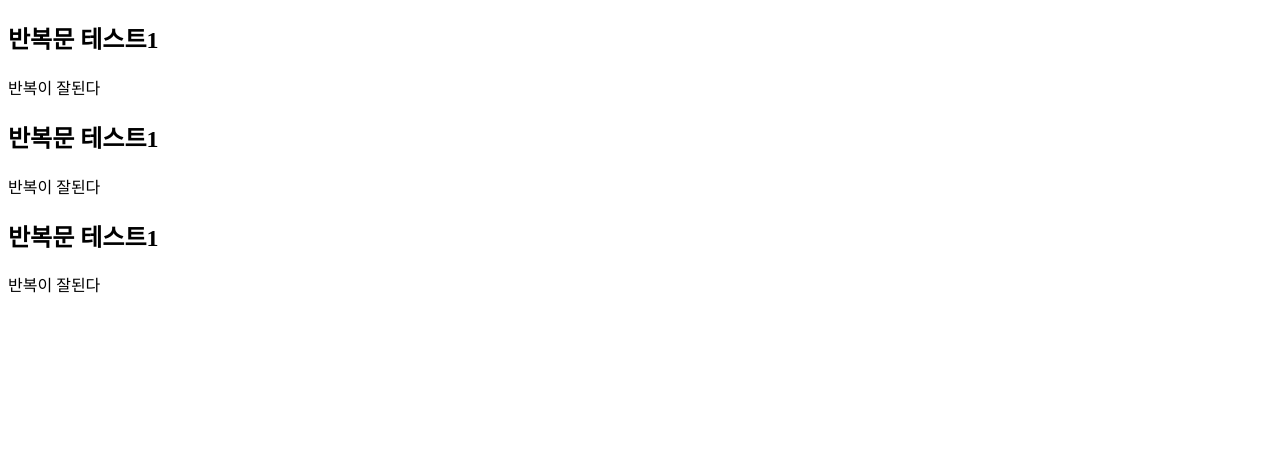
Repository: djdh94/jsp_practice
Page: http://localhost/JSPBasic/JspTag/Scriptlet.jsp
The author's editor kept a copy of each file at every save. The page is drawn from the files as they stood at one save, then again after the next save.
The browser window is 1280 px wide. The pictures show the whole page.
The page is served by Tomcat 9. Other server files are loaded and not shown.

Above is the page before, as saved 2022-01-28 02:32:49.

### JSPBasic/src/main/webapp/JspTag/Scriptlet.jsp
<%@ page language="java" contentType="text/html; charset=UTF-8"
    pageEncoding="UTF-8"%>
<!DOCTYPE html>
<html>
<head>
<meta charset="UTF-8">
<title>Insert title here</title>
</head>
<body>
	<!-- 스크립트릿 내부에는 자바 코드를 작성할 수 있으며
	이 코드를 반영해 페이지가 구성됩니다. -->
	<% for(int i=0; i<3; i++){%>
		<h2>반복문 테스트1</h2>
		<p>
		반복이 잘된다
		</p>
	<% } %>
</body>
</html>

After the next save:
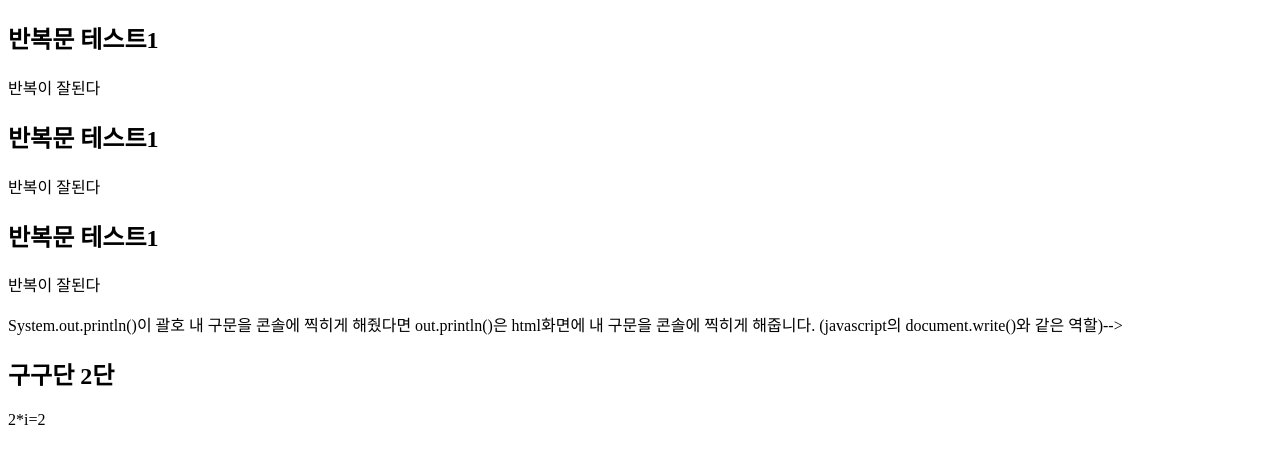
Saved 7 min 5 s later.
--- a/JSPBasic/src/main/webapp/JspTag/Scriptlet.jsp
+++ b/JSPBasic/src/main/webapp/JspTag/Scriptlet.jsp
@@ -15,5 +15,16 @@
 		반복이 잘된다
 		</p>
 	<% } %>
+
+	<!-- 하단에 구구단 코드를 작성하기 -->
+	System.out.println()이 괄호 내 구문을 콘솔에 찍히게 해줬다면
+	out.println()은 html화면에 내 구문을 콘솔에 찍히게 해줍니다.
+	(javascript의 document.write()와 같은 역할)-->
+	<h2>구구단 2단</h2>
+	<%
+		out.println("2*i="+(2*1));
+
+	%>
+
 </body>
 </html>
